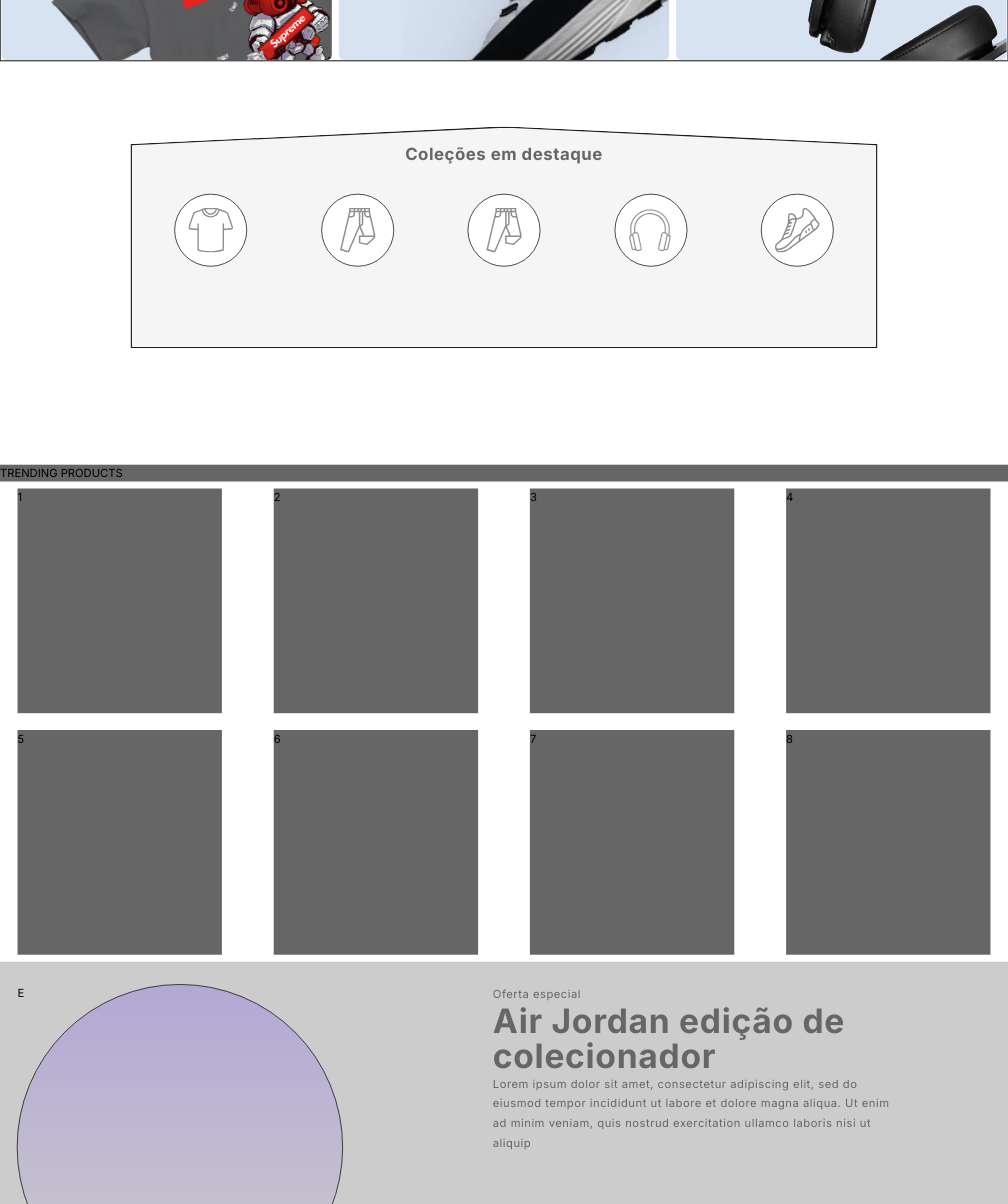
Repository: theophiloweb/landpage_disgital_store
Page: index.html
The author's editor kept a copy of each file at every save. The page is drawn from the files as they stood at one save, then again after the next save.
The browser window is 1280 px wide. The page is 1440 px wide, so the pictures cover 1440 px, including what lies to the right of the window. The pictures show the part of the page from y = 1247 to 2967 px (the page is 3529 px tall), at 70% of full size.

Above is the page before, as saved 2025-04-25 08:53:48.

### index.html
<!DOCTYPE html>
<html lang="en">

<head>
  <meta charset="UTF-8" />
  <meta name="viewport" content="width=device-width, initial-scale=1.0" />
  <title>Document</title>
  <script src="https://cdn.jsdelivr.net/npm/@tailwindcss/browser@4"></script>
  <link rel="stylesheet" href="style.css" />
  <link rel="shortcut icon" href="./images/logo.svg" type="image/x-icon" />
</head>

<body>
  <!-- Container principal  -->
  <div class="container">
    <header>
      <div class="logotipo">
        <div class="logotipo_img">
          <img src="./images/logo.svg" alt="Logo" />
        </div>
        <div class="logotipo_text">
          <p>Digital Store</p>
        </div>
      </div>

      <div class="search_bar">
        <div class="search_bar_input">
          <div class="search-wrapper">
            <input type="text" placeholder="Pesquisar produtos" class="input_search" />
            <img src="./images/search.svg" alt="Ícone de busca" class="search-icon" />
          </div>
          <button type="button" class="button_login">Entrar</button>
          <img src="./images/buy0.svg" alt="buy" class="buy_icon" />
        </div>
      </div>
    </header>

    <nav>
      <ul class="nav_links">
        <li>Home</li>
        <li>Produtos</li>
        <li>Categorias</li>
        <li>Meus Pedidos</li>
      </ul>

      <p class="nav_empty"></p>
    </nav>

    <main>
      <aside>
        <section class="slideshow">
          <div class="slideshow_text">
            <p class="slideshow_text1">Melhores ofertas personalizadas</p>
            <h1 class="slideshow_text2">Queima de Estoque Nike 🔥</h1>
            <p class="slideshow_text3">
              Consequat culpa exercitation mollit nisi excepteur do do tempor
              laboris eiusmod irure consectetur.
            </p>
          </div>

          <div class="slideshow_img">
            <img src="./images/tenis.svg" alt="tenis_rotate" />
          </div>
        </section>

        <!-- SVG Teste
        <div class="teste">
          <svg xmlns="http://www.w3.org/2000/svg" width="1069" height="319" viewBox="0 0 1069 319" fill="none">
            <path d="M0.5 318V25L528 0.5L1068 25V318H0.5Z" stroke="black" />
          </svg>
          <p class="">Olá Mundo</p>
        </div>
        -->

        <section class="title_featured_collection">
          <div>
            <p>Coleções em destaque</p>
          </div>
        </section>

        <section class="featured_collection">

          <div class="boxs_featured_collection_img">
            <button>30% OFF</button>
            <h1>Novo drop Supreme</h1>
            <button>Comprar</button>
            <img src="./images/features_colletion_img1.png" class="img1" alt="" srcset="">
          </div>

          <div class="boxs_featured_collection_img">
            <button>30% OFF</button>
            <h1>Novo drop Supreme</h1>
            <button>Comprar</button>
            <img src="./images/features_colletion_img2.png" class="img2" alt="" srcset="">
          </div>

          <div class="boxs_featured_collection_img">
            <button>30% OFF</button>
            <h1>Novo drop Supreme</h1>
            <button>Comprar</button>
            <img src="./images/features_colletion_img3.png" class="img3" alt="" srcset="">
          </div>
        </section>

        <section class="featured_collection_2">
          <div class="featured_collection_2_box1">
            <div class="featured_collection_2_box2">
              <p>Coleções em destaque</p>
              <div class="featured_collection_2_icons">
                <div class="icon1"><img src="./images/ico1.svg" alt="" srcset=""></div>
                <div class="icon2"><img src="./images/ico2.svg" alt="" srcset=""></div>
                <div class="icon3"><img src="./images/ico3.svg" alt="" srcset=""></div>
                <div class="icon4"><img src="./images/ico4.svg" alt="" srcset=""></div>
                <div class="icon5"><img src="./images/ico5.svg" alt="" srcset=""></div>
              </div>
            </div>
          </div>
        </section>

        <section class="trending_products">
          <p>TRENDING PRODUCTS</p>
          <div class="boxs_trending_products">
            <div class="box1">1</div>
            <div class="box2">2</div>
            <div class="box3">3</div>
            <div class="box4">4</div>
            <div class="box5">5</div>
            <div class="box6">6</div>
            <div class="box7">7</div>
            <div class="box8">8</div>
          </div>
        </section>

        <section class="special_offer">
          <div class="special_offer_grp_img">
            <div class="elipse_special_offer">E</div>
          </div>

          <div class="special_offer_text">
            <p>Oferta especial</p>
            <h2>Air Jordan edição de colecionador</h2>
            <p>
              Lorem ipsum dolor sit amet, consectetur adipiscing elit, sed do
              eiusmod tempor incididunt ut labore et dolore magna aliqua. Ut
              enim ad minim veniam, quis nostrud exercitation ullamco laboris
              nisi ut aliquip
            </p>
          </div>
        </section>
      </aside>
    </main>
  </div>
  <footer class="footer">
    <div class="logo_footer">Logo Footer</div>

    <div class="links_utils">
      <div class="information">Information</div>
      <div class="categories">Categories</div>
      <div class="contact">Contact</div>
    </div>
  </footer>
</body>

</html>

### style.css
@import url("https://fonts.googleapis.com/css2?family=Inter:ital,opsz,wght@0,14..32,100..900;1,14..32,100..900&family=Oswald:wght@200..700&family=Roboto:ital,wght@0,100..900;1,100..900&display=swap");

:root {
  --color-dark: #1f1f1f;
  --dark-gray-1: #474747;
  --dark-gray-2: #666666;
  --light-gray-1: #8f8f8f;
  --light-gray-2: #cccccc;
  --light-gray-3: #f5f5f5;
  --white: #ffffff;
  --primary: #c92071;
  --secundary: #b5b6f2;
  --tTertiary: #991956;
  --error: #ee4266;
  --success: #52ca76;
  --warning: #f6aa1c;
  --primary-g: linear-gradient(top, #c92071 0%, #edabca 100%);
  --secondary-g: linear-gradient(top, #b5b6f2 0%, #efefff 100%);
  --offset: 40px;
}

* {
  margin: 0;
  padding: 0;
  box-sizing: border-box;
  font-family: "Inter", sans-serif;
}

body {
  width: 100%;
  height: auto;
  display: grid;
  place-items: center;
  grid-template-columns: auto;
  grid-template-rows: auto;
}

.container {
  margin-top: 10px;
  display: grid;
  grid-template-rows: 1fr;
  place-items: center;
  max-width: 1440px;
  gap: 5px;
}

/* Header */
header {
  display: flex;
  gap: 10px;
  justify-content: center;
  border: 2px groove var(--color-dark);
  width: 1440px;
  height: 192px;
}

.logotipo {
  display: flex;
  gap: 10px;
  justify-content: space-around;
  align-items: center;
}

.logotipo_img {
  width: 33px;
  height: 33px;
}

.logotipo_text {
  font-size: 36.4px;
  font-family: "Inter";
  font-weight: 600;
  color: rgba(201, 32, 113, 1);
}

.search_bar_input {
  margin-top: 60px;
  margin-left: 400px;
  display: flex;
  gap: 24px;
  justify-content: space-around;
  align-items: center;
}

.search-wrapper {
  display: flex;
  align-items: center;
  gap: 0.5rem;
}

.input_search {
  background: var(--white);
  border-radius: 8px;
  opacity: 9;
  width: 400px;
  height: 60px;
}

.search_icon {
  position: absolute;

  color: var(--dark-gray-2);
  left: -50px;
}

.button_login {
  width: 114px;
  height: 40px;
  color: var(--light-gray-3, #f5f5f5);
  text-align: center;
  font-family: "Inter", sans-serif;
  font-size: 16px;
  font-weight: 700;
  background-color: var(--tTertiary);
  padding: 10px;
  border-radius: 10px;
}

.buy_icon {
  margin-left: 69px;
}

/* Section Central Nav */
nav {
  display: grid;
  grid-template-columns: repeat(8, 1fr);
  grid-template-rows: 1fr;
  width: 1440px;
  height: 50px;
}

.nav_links {
  list-style: none;
  grid-column: 2 / 6;
}

.nav_links li {
  display: inline-block;
  padding: 5px 20px;
  color: var(--color-dark);
}

.nav_empty {}

/* Section Central Slideshow */
.slideshow {
  display: grid;
  gap: 10px;
  grid-template-columns: repeat(2, 1fr);
  align-items: center;
  border: 2px groove var(--color-dark);
  max-width: 1440px;
  height: 681px;
  background-color: var(--light-gray-3);
}

.slideshow_text {
  margin-left: 100px;
  word-spacing: 2px;
}

.slideshow_text1 {
  font-size: 16px;
  font-family: "Inter";
  font-weight: 700;
  color: rgba(246, 170, 28, 1);
}

.slideshow_text2 {
  font-size: 64px;
  font-family: "Inter";
  font-weight: 800;
  color: rgba(31, 31, 31, 1);
}

.slideshow_text3 {
  font-size: 18px;
  font-family: "Inter";
  font-weight: 400;
  color: rgba(71, 71, 71, 1);
}

/* Section Central featured_collection - Image */
.featured_collection {
  display: grid;
  grid-template-columns: repeat(3, 1fr);
  grid-template-rows: 330px;
  gap: 10px;
  border: 2px groove var(--color-dark);
}

/* Estilos para cada div dentro da coleção */
.featured_collection>div {
  position: relative;
  border-radius: 8px;
  background: #d8e3f2;
  overflow: hidden;
  /* Garante que qualquer conteúdo (como imagem) que ultrapasse o limite da div seja escondido */
}

.title_featured_collection {
  color: var(--dark-gray-2, #474747);
  font-feature-settings: "liga" off, "clig" off;
  font-family: Inter;
  font-size: 24px;
  font-style: normal;
  font-weight: 700;
  line-height: 38px;
  letter-spacing: 0.75px;
  padding: 10px;
}

/* Ajustes de z-index para as divs */
.featured_collection>div:nth-of-type(1) {
  z-index: 1;
}

.featured_collection>div:nth-of-type(2) {
  z-index: 2;
}

.featured_collection>div:nth-of-type(3) {
  z-index: 3;
}

.featured_collection>div button:nth-of-type(1) {
  margin-top: 34px;
  padding: 15px 15px;
  width: 120px;
  height: 50px;
  border-radius: 29px;
  background: #e7ff86;
  color: var(--dark-gray-2, #474747);
  font-feature-settings: "liga" off, "clig" off;
  font-family: Inter;
  font-size: 14px;
  font-style: normal;
  font-weight: 700;
  line-height: 22px;
  /* 157.143% */
  letter-spacing: 0.75px;
  position: relative;
  /* Torna o z-index dos botões válido */
  z-index: 2;
  /* Coloca os botões à frente da imagem */
}

.featured_collection>div h1 {
  color: var(--dark-gray, #1f1f1f);
  font-feature-settings: "liga" off, "clig" off;
  font-family: Inter;
  font-size: 32px;
  font-style: normal;
  font-weight: 700;
  line-height: 36px;
  /* 112.5% */
  letter-spacing: 1px;
  margin-top: 10px;
  width: 172px;
  position: relative;
  /* Torna o z-index do texto válido */
  z-index: 2;
  /* Coloca o texto à frente da imagem */
}

.featured_collection>div button:nth-of-type(2) {
  width: 153px;
  height: 48px;
  flex-shrink: 0;
  color: var(--primary, #c92071);
  text-align: center;
  font-feature-settings: "liga" off, "clig" off;
  font-family: Inter;
  font-size: 16px;
  font-style: normal;
  font-weight: 700;
  line-height: 24px;
  /* 150% */
  letter-spacing: 0.75px;
  background-color: var(--white);
  margin-top: 20px;
  position: relative;
  /* Torna o z-index dos botões válido */
  z-index: 2;
  /* Coloca os botões à frente da imagem */
  border-radius: 10px;
}

/* Estilos para a imagem dentro das divs */
.boxs_featured_collection_img .img1 {
  position: absolute;
  /* Permite mover a imagem livremente dentro da div */
  top: 110px;
  /* Ajuste da posição da imagem */
  left: 200px;
  /* Ajuste da posição da imagem */
  width: 80%;
  transform: rotate(-20.783deg) scale(1.5);
  /* Rota a imagem */
  object-fit: cover;
  /* Faz com que a imagem cubra a div sem distorcer */
  object-position: center;
  /* Centraliza a imagem dentro da div */
  z-index: 0;
  /* Coloca a imagem atrás do conteúdo da div */
}

/* Estilos para a imagem dentro das divs */
.boxs_featured_collection_img .img2 {
  position: absolute;
  /* Permite mover a imagem livremente dentro da div */
  top: 0px;
  /* Ajuste da posição da imagem */
  left: 160px;
  /* Ajuste da posição da imagem */
  width: 60%;
  transform: rotate(-0deg) scale(1.5);
  /* Rota a imagem */
  object-fit: cover;
  /* Faz com que a imagem cubra a div sem distorcer */
  object-position: center;
  /* Centraliza a imagem dentro da div */
  /* Coloca a imagem atrás do conteúdo da div */
}

/* Estilos para a imagem dentro das divs */
.boxs_featured_collection_img .img3 {
  position: absolute;
  /* Permite mover a imagem livremente dentro da div */
  top: 50px;
  /* Ajuste da posição da imagem */
  left: 260px;
  /* Ajuste da posição da imagem */
  width: 50%;
  transform: rotate(38deg) scale(1.5);
  /* Rota a imagem */
  object-fit: cover;
  /* Faz com que a imagem cubra a div sem distorcer */
  object-position: center;
  /* Centraliza a imagem dentro da div */
}

/* Section Central featured_collection 2 */
.featured_collection_2 {
  display: flex;
  justify-content: center;
  max-width: 1440px;
}

.featured_collection_2_box1 {
  width: 1067.5px;
  height: 317.5px;
  position: relative;
  display: flex;
  justify-content: center;
  align-items: center;
  box-sizing: border-box;
  margin: 92.5px 0 156px 0;
}

.featured_collection_2_box2 {
  width: 1067.5px;
  height: 317.5px;
  border-radius: 0;
  position: relative;
  overflow: hidden;
  background: none;
  -webkit-clip-path: polygon(0% 8%, 50% 0%, 100% 8%, 100% 100%, 0% 100%);
  clip-path: polygon(0% 8%, 50% 0%, 100% 8%, 100% 100%, 0% 100%);
  box-sizing: border-box;
}

.featured_collection_2_box2::before {
  content: "";
  position: absolute;
  top: 0;
  left: 0;
  width: 100%;
  height: 100%;
  background-color: var(--color-dark);
  -webkit-clip-path: polygon(0% 8%, 50% 0%, 100% 8%, 100% 100%, 0% 100%);
  clip-path: polygon(0% 8%, 50% 0%, 100% 8%, 100% 100%, 0% 100%);
  z-index: 1;
}

.featured_collection_2_box2::after {
  content: "";
  position: absolute;
  top: 2px;
  left: 2px;
  width: calc(100% - 4px);
  height: calc(100% - 4px);
  background-color: var(--light-gray-3);
  -webkit-clip-path: polygon(0% 8%, 50% 0%, 100% 8%, 100% 100%, 0% 100%);
  clip-path: polygon(0% 8%, 50% 0%, 100% 8%, 100% 100%, 0% 100%);
  z-index: 2;
}

.featured_collection_2_box2 p {
  position: relative;
  z-index: 3;
  color: rgb(37, 17, 17);
  padding: 20px;
  text-align: center;
  color: var(--dark-gray-2, #474747);
  font-feature-settings: "liga" off, "clig" off;
  font-family: Inter;
  font-size: 24px;
  font-style: normal;
  font-weight: 700;
  line-height: 38px;
  /* 158.333% */
  letter-spacing: 0.75px;
}

/*
.teste {
  position: relative;

  width: 1069px;
  height: 319px;
  z-index: 2;
}

svg {
  position: absolute;
  z-index: 1;
  background-color: transparent;
}

.teste p {
  position: absolute;
  top: 100px;
  left: 100px;
}
*/

.featured_collection_2_icons {
  display: grid;
  grid-template-columns: repeat(5, 1fr);
  justify-items: center;
  align-items: center;
  color: #000;
  width: 100%;
  z-index: 4;
  position: absolute;
  bottom: 0;
  top: -20px;
  left: 0;
  width: 100%;
  padding: 10px;
}

.featured_collection_2_icons>div {
  width: 104px;
  height: 104px;
  border-radius: 50%;
  background-color: var(--white);
  display: flex;
  /* Para centralizar o número dentro do círculo */
  justify-content: center;
  /* Centraliza horizontalmente */
  align-items: center;
  /* Centraliza verticalmente */
  font-size: 2em;
  /* Exemplo: tamanho do número */
  color: #000;
  /* Exemplo: cor do número para contraste */
  border: 1px solid #000;
  /* Adiciona uma borda para melhor visualização */
}

/* trending_products */

.trending_products {
  margin-top: 10px;
  display: flex;
  flex-direction: column;
}

.trending_products p {
  background-color: var(--dark-gray-2);
}

.boxs_trending_products {
  margin-top: 10px;
  display: grid;
  grid-template-columns: repeat(4, 1fr);
  grid-template-rows: repeat(2, 1fr);
  gap: 24px;
  justify-items: center;
  align-items: stretch;
}

.boxs_trending_products .box1 {
  background-color: var(--dark-gray-2);
  width: 292px;
  height: 321px;
}

.boxs_trending_products .box2 {
  background-color: var(--dark-gray-2);
  width: 292px;
  height: 321px;
}

.boxs_trending_products .box3 {
  background-color: var(--dark-gray-2);
  width: 292px;
  height: 321px;
}

.boxs_trending_products .box4 {
  background-color: var(--dark-gray-2);
  width: 292px;
  height: 321px;
}

.boxs_trending_products .box5 {
  background-color: var(--dark-gray-2);
  width: 292px;
  height: 321px;
}

.boxs_trending_products .box6 {
  background-color: var(--dark-gray-2);
  width: 292px;
  height: 321px;
}

.boxs_trending_products .box7 {
  background-color: var(--dark-gray-2);
  width: 292px;
  height: 321px;
}

.boxs_trending_products .box8 {
  background-color: var(--dark-gray-2);
  width: 292px;
  height: 321px;
}

/* Section Central special_offer */

.special_offer {
  display: flex;
  gap: 99px;
  justify-content: space-around;
  max-width: 1440px;
  margin-top: 10px;
  background-color: var(--light-gray-2);
  height: 553px;
  flex-shrink: 0;
}

.special_offer_grp_img {
  width: 573px;
  height: 330px;
  /*background: url(./images/Laye\ 1.svg) var(--white) 100% / cover no-repeat; */
  background-color: var(--light-gray-2);
  margin: 32px 0 191px 20px;
}

.elipse_special_offer {
  width: 466px;
  height: 466px;
  flex-shrink: 0;
  border-radius: 466px;
  border: 1px solid #000;
  background: linear-gradient(180deg,
      rgba(66, 0, 255, 0.25) -40.67%,
      rgba(255, 255, 255, 0) 100%);
}

.special_offer_text {
  width: 573px;
  height: 330px;
  background-color: var(--light-gray-2);
  margin-top: 32px;
  margin-right: 159px;
}

.special_offer_text p {
  color: var(--primary, #c92071);
  font-feature-settings: "liga" off, "clig" off;
  font-family: Inter;
  font-size: 14px;
  font-style: normal;
  font-weight: 700;
  line-height: 22px;
  /* 157.143% */
  letter-spacing: 0.75px;
}

.special_offer_text h2 {
  color: var(--dark-gray-2, #474747);
  font-feature-settings: "liga" off, "clig" off;
  font-family: Inter;
  font-size: 48px;
  font-style: normal;
  font-weight: 700;
  line-height: 50px;
  /* 104.167% */
  letter-spacing: 1px;
}

.special_offer_text:last-child p {
  color: var(--dark-gray-2, #474747);
  font-feature-settings: "liga" off, "clig" off;
  font-family: Inter;
  font-size: 16px;
  font-style: normal;
  font-weight: 400;
  line-height: 28px;
  /* 175% */
  letter-spacing: 0.75px;
}

/* Footer */

footer {
  display: flex;
  gap: 205px;
  justify-content: center;
  justify-content: space-around;
  background-color: var(--dark-gray-2);
  width: 1440px;
  height: 454px;
  flex-shrink: 0;
  margin-top: -99px;
}

.logo_footer {
  width: 307px;
  height: 300px;
  background-color: var(--white);
  margin-top: 72px;
}

.links_utils {
  display: flex;
  gap: 10px;
  margin-top: 72px;
}

.information {
  width: 250px;
  height: 300px;
  background-color: var(--white);
}

.categories {
  width: 250px;
  height: 300px;
  background-color: var(--white);
}

.contact {
  width: 250px;
  height: 300px;
  background-color: var(--white);
}

After the next save:
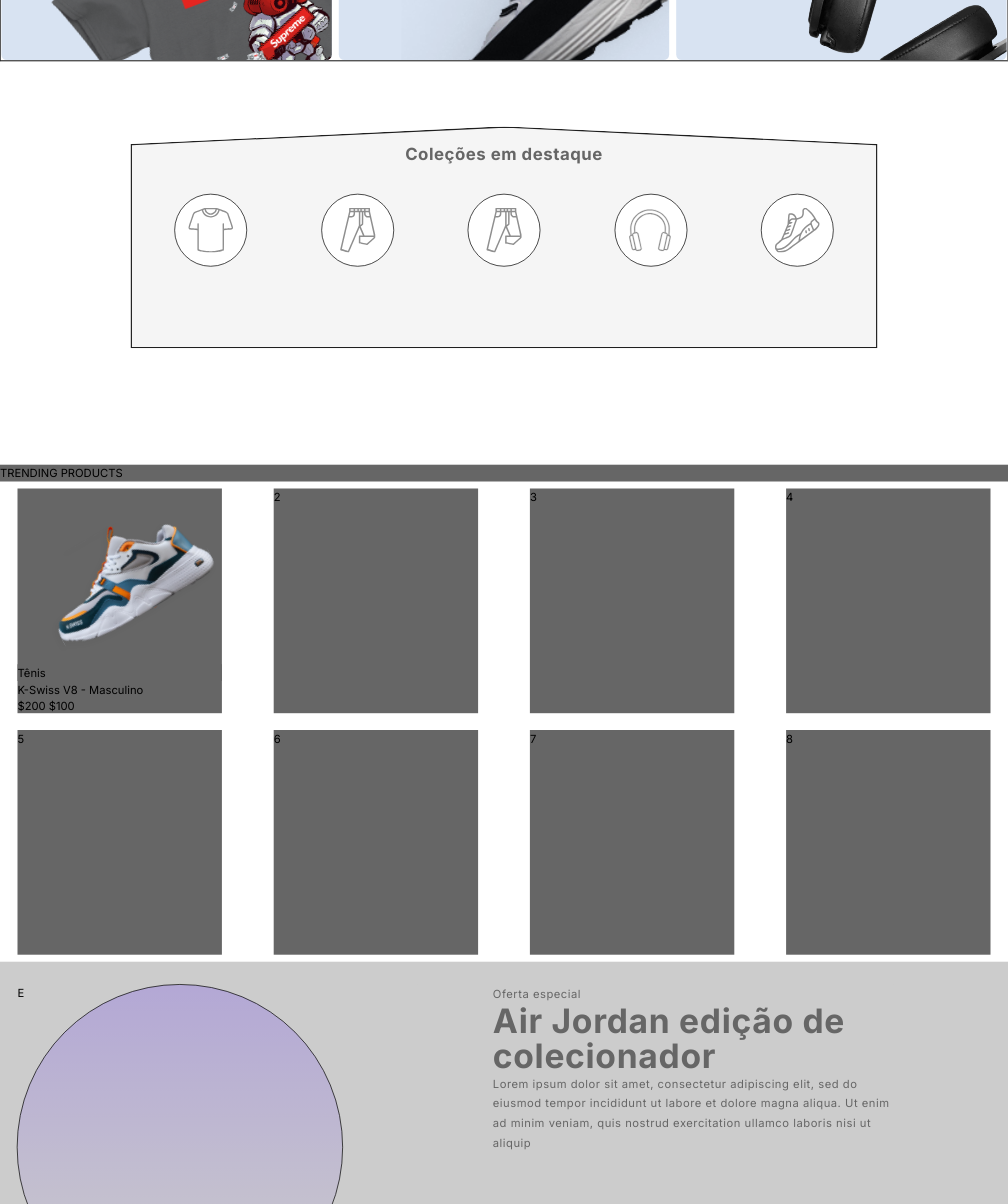
Saved 9 min 7 s later.
--- a/index.html
+++ b/index.html
@@ -120,7 +120,13 @@
         <section class="trending_products">
           <p>TRENDING PRODUCTS</p>
           <div class="boxs_trending_products">
-            <div class="box1">1</div>
+            <div class="box1">
+              <img src="./images/layer-1-aa-2.svg" alt="" srcset="">
+              <p>Tênis</p>
+              <h3>K-Swiss V8 - Masculino</h3>
+              <span class="">$200</span>
+              <span>$100</span>
+            </div>
             <div class="box2">2</div>
             <div class="box3">3</div>
             <div class="box4">4</div>
